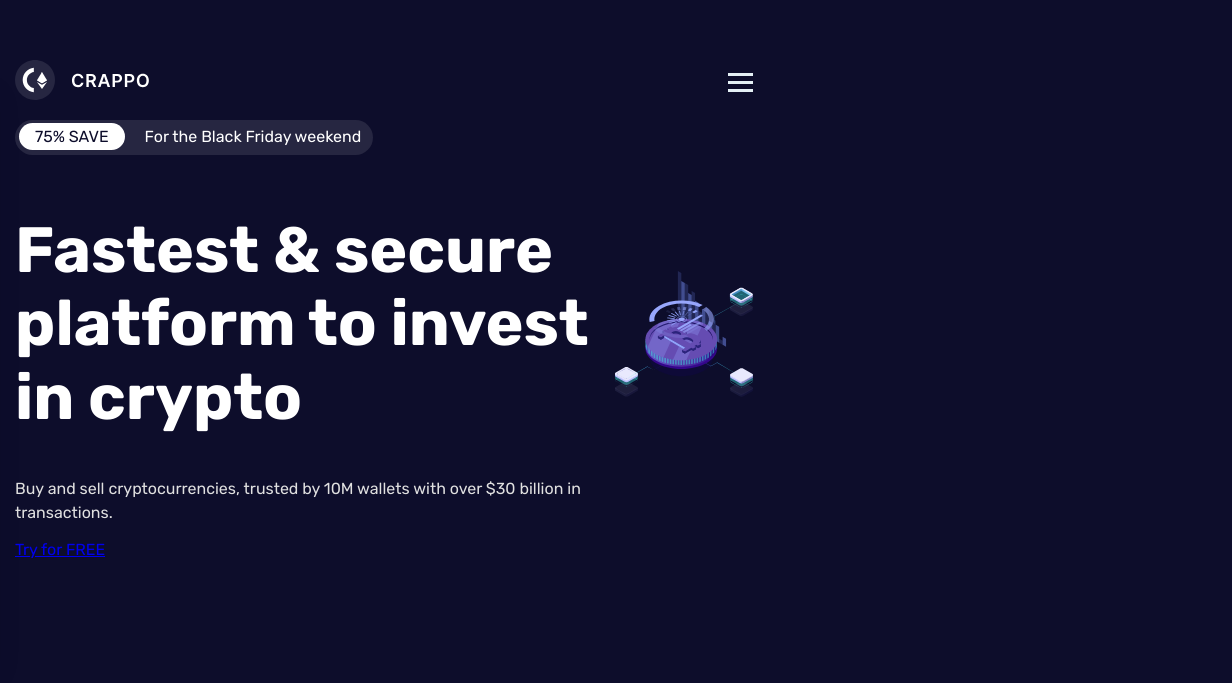
Repository: shtepaa/project-works.github.io
Page: crappo/index.html
These files come from the project's save history. The page is drawn as it stood at one moment and after the next save; the edit follows.
The browser window is 768 px wide. The page is 1232 px wide, so the pictures cover 1232 px, including what lies to the right of the window. The pictures show the whole page.

Above is the page before, as saved 2021-11-02 16:14:26.

After the next save:
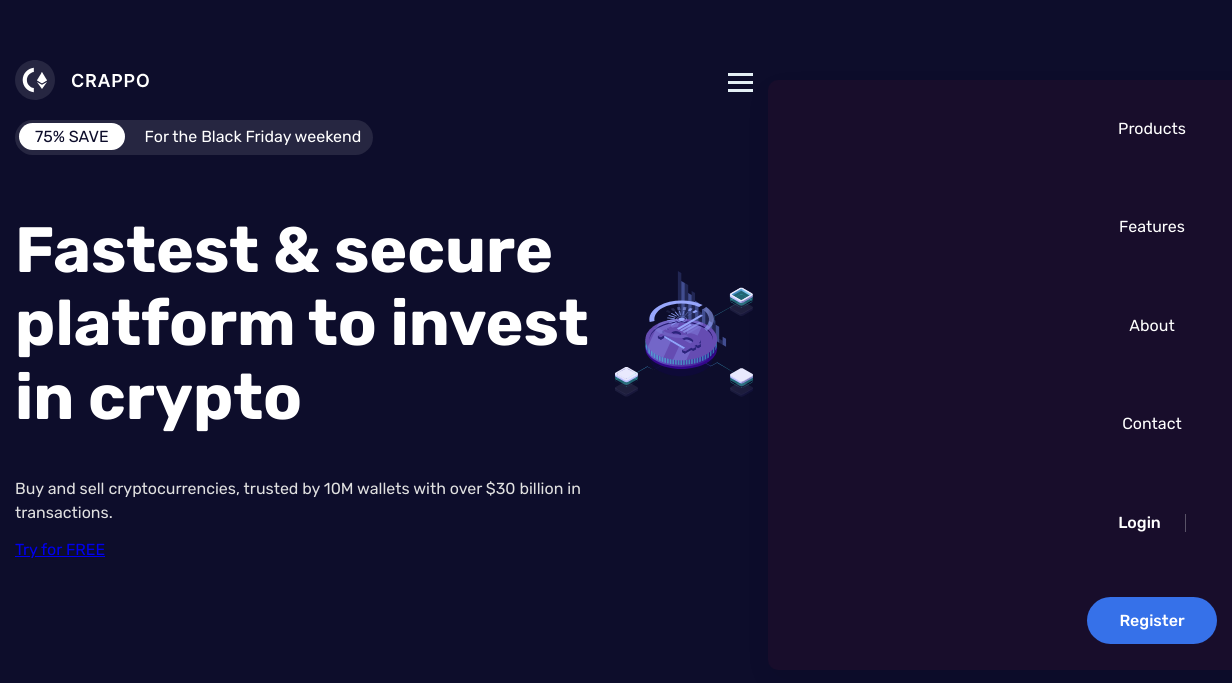
Saved 34 s later.
--- a/crappo/styles/style.css
+++ b/crappo/styles/style.css
@@ -132,7 +132,7 @@ body {
 @media only screen and (max-width: 768px) {
     .nav {
         position: fixed;
-        left: -100%;
+        left: 100%;
         top: 5rem;
         flex-direction: column;
         background-color: rgb(24, 13, 43);
